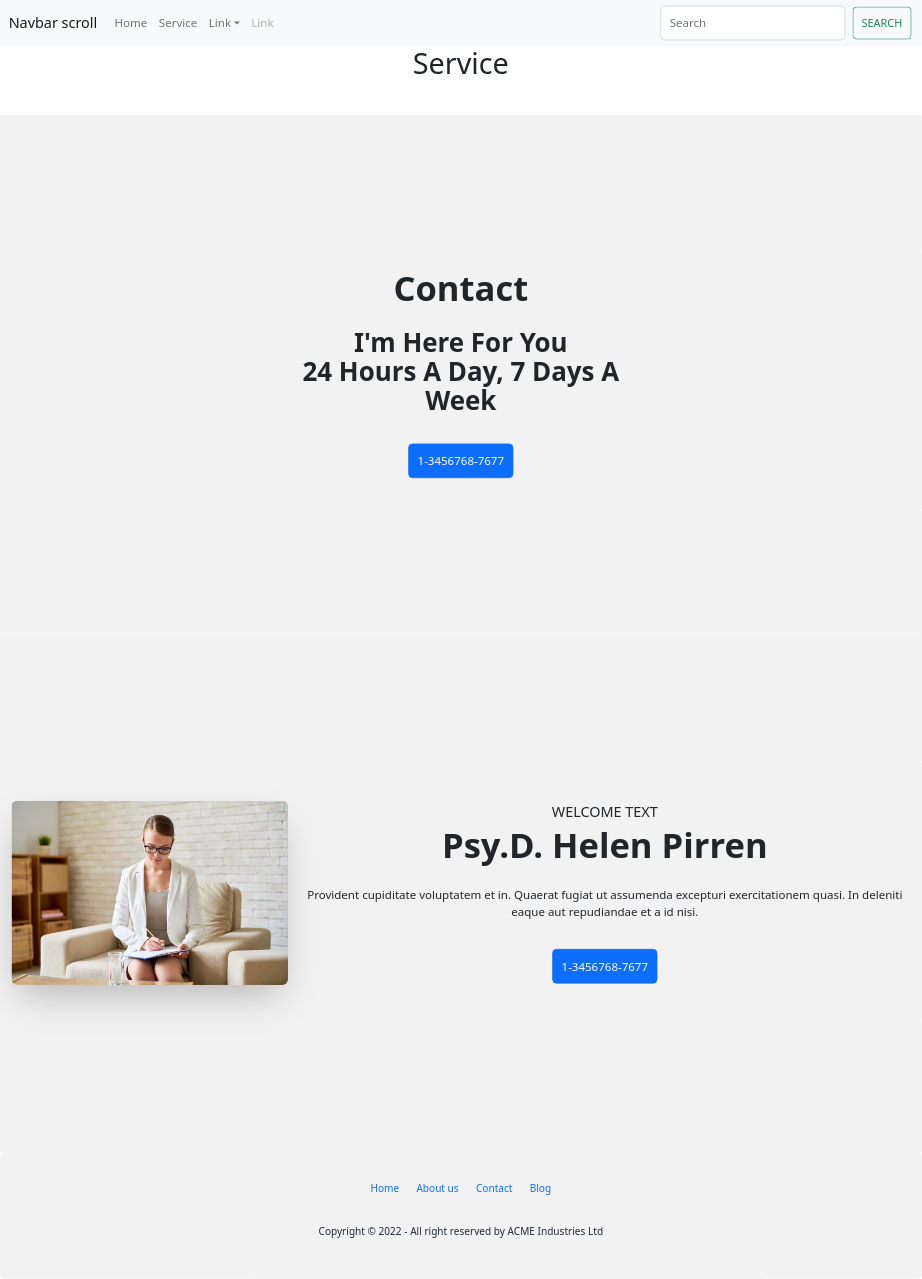
Repository: mdsajib50/service-review-client
Page: /
The author's editor kept a copy of each file at every save. The page is drawn from the files as they stood at one save, then again after the next save.
The browser window is 1280 px wide. The pictures show the whole page, at 72% of full size.
The page's requests for data from a server got no answer. The project was rebuilt for these pictures with package versions that can differ from the ones it lists, and the page was loaded fresh each time. No one was signed in, and anything a server would have sent is missing. Also part of the build but not shown: src/Pages/Home/Services/ServiceCard.js.

Above is the page before, as saved 2022-12-25 12:31:13.

### src/App.js
import './App.css';
import {  RouterProvider } from 'react-router-dom';
import router from './Router/Routes/Routes';

function App() {

  return (
    <div className="App">
      <RouterProvider router={router}></RouterProvider>
    </div>
  );
}

export default App;

### src/Router/Routes/Routes.js
import { createBrowserRouter } from "react-router-dom";

import Main from "../../Layout/Main";
import Home from "../../Pages/Home/Home/Home";

const router = createBrowserRouter([
    {
      path: '/',
      element: <Main></Main>,
      children:[
        {
          path: '/',
          element: <Home></Home>
        }
      ]
    }
])
export default router;

### src/Layout/Main.js
import React from 'react';
import { Outlet } from 'react-router';
import Header from '../Pages/Shared/Header/Header';
import Footer from '../Pages/Shared/Footer/Footer';

const Main = () => {
    return (
        <div>
            <Header></Header>
            <Outlet></Outlet>
            <Footer></Footer>
        </div>
    );
};

export default Main;

### src/Pages/Home/Home/Home.js
import React from 'react';
import About from '../About/About';
import Contact from '../Contact/Contact';
import Services from '../Services/Services';
const Home = () => {
    return (
        <div>

           <Services></Services>
           <Contact></Contact>
           <About></About>
        </div>
    );
};

export default Home;

### src/Pages/Shared/Header/Header.js
import React from 'react';
import Button from 'react-bootstrap/Button';
import Container from 'react-bootstrap/Container';
import Form from 'react-bootstrap/Form';
import Nav from 'react-bootstrap/Nav';
import Navbar from 'react-bootstrap/Navbar';
import NavDropdown from 'react-bootstrap/NavDropdown';

const Header = () => {
    return (

          <Navbar bg="light" expand="lg">
              <Container fluid>
                <Navbar.Brand href="#">Navbar scroll</Navbar.Brand>
                <Navbar.Toggle aria-controls="navbarScroll" />
                <Navbar.Collapse id="navbarScroll">
                  <Nav
                    className="me-auto my-2 my-lg-0"
                    style={{ maxHeight: '100px' }}
                    navbarScroll
                  >
                    <Nav.Link href="#action1">Home</Nav.Link>
                    <Nav.Link href="/service">Service</Nav.Link>
                    <NavDropdown title="Link" id="navbarScrollingDropdown">
                      <NavDropdown.Item href="#action3">Action</NavDropdown.Item>
                      <NavDropdown.Item href="#action4">
                        Another action
                      </NavDropdown.Item>
                      <NavDropdown.Divider />
                      <NavDropdown.Item href="#action5">
                        Something else here
                      </NavDropdown.Item>
                    </NavDropdown>
                    <Nav.Link href="#" disabled>
                      Link
                    </Nav.Link>
                  </Nav>
                  <Form className="d-flex">
                    <Form.Control
                      type="search"
                      placeholder="Search"
                      className="me-2"
                      aria-label="Search"
                    />
                    <Button variant="outline-success">Search</Button>
                  </Form>
                </Navbar.Collapse>
              </Container>
            </Navbar>


    );
};

export default Header;

### src/Pages/Shared/Footer/Footer.js
import React from 'react';

const Footer = () => {
    return (
        <footer className="footer footer-center p-10 bg-base-200 text-base-content rounded">
  <div className="grid grid-flow-col gap-4">
    <a className="link link-hover">Home</a>
    <a className="link link-hover">About us</a>
    <a className="link link-hover">Contact</a>
    <a className="link link-hover">Blog</a>
  </div>
  <div>
    <p>Copyright © 2022 - All right reserved by ACME Industries Ltd</p>
  </div>
</footer>
    );
};

export default Footer;

### src/Pages/Home/About/About.js
import React from 'react';
import img from '../../../assets/beautiful-female.jpg'

const About = () => {
    return (
        <div className="hero min-h-screen bg-base-200">
            <div className="hero-content flex-col lg:flex-row">
                <img src={img} className="max-w-sm rounded-lg shadow-2xl" />
                <div>
                    <h3 className="text-xl">WELCOME TEXT</h3>
                <h1 className="text-5xl font-bold">Psy.D. Helen Pirren</h1>
                <p className="py-6">Provident cupiditate voluptatem et in. Quaerat fugiat ut assumenda excepturi exercitationem quasi. In deleniti eaque aut repudiandae et a id nisi.</p>
                <button className="btn btn-primary">1-3456768-7677</button>
                </div>
            </div>
        </div>
    );
};

export default About;

### src/Pages/Home/Contact/Contact.js
import React from 'react';

const Contact = () => {
    return (
        <div className="hero min-h-screen bg-base-200">
            <div className="hero-content text-center">
                <div className="max-w-md">
                <h1 className="text-5xl font-bold">Contact</h1>
                <p className="py-6 font-bold text-4xl">I'm Here For You <br/>24 Hours A Day, 7 Days A Week</p>
                <button className="btn btn-primary font-semibold text-2xl">1-3456768-7677</button>
                </div>
            </div>
        </div>
    );
};

export default Contact;

### src/Pages/Home/Services/Services.js
import React, { useEffect, useState } from 'react';
import ServiceCard from './ServiceCard';

const Services = () => {
    const [services,  setServices] = useState([]);
    useEffect(()=>{
        fetch('http://localhost:5000/services')
        .then(res => res.json())
        .then(data =>setServices(data))
        .catch(e => console.error(e))
    },[])
    return (
       <div>
            <div><h1>Service</h1></div>
        <div className='mt-12 ml-16 grid gap-6 grid-cols-1 md:grid-cols-2  lg:grid-cols-3'>

                  {
                      services.map(service => <ServiceCard key={service.id} service={service}></ServiceCard>)
                  }

        </div>
    </div>
    );
}

export default Services;

Loaded but not shown: public/index.html (common file); src/index.js (common file); src/index.css (common file); src/reportWebVitals.js (common file); src/App.css (common file); tailwind.config.js (common file)

After the next save:
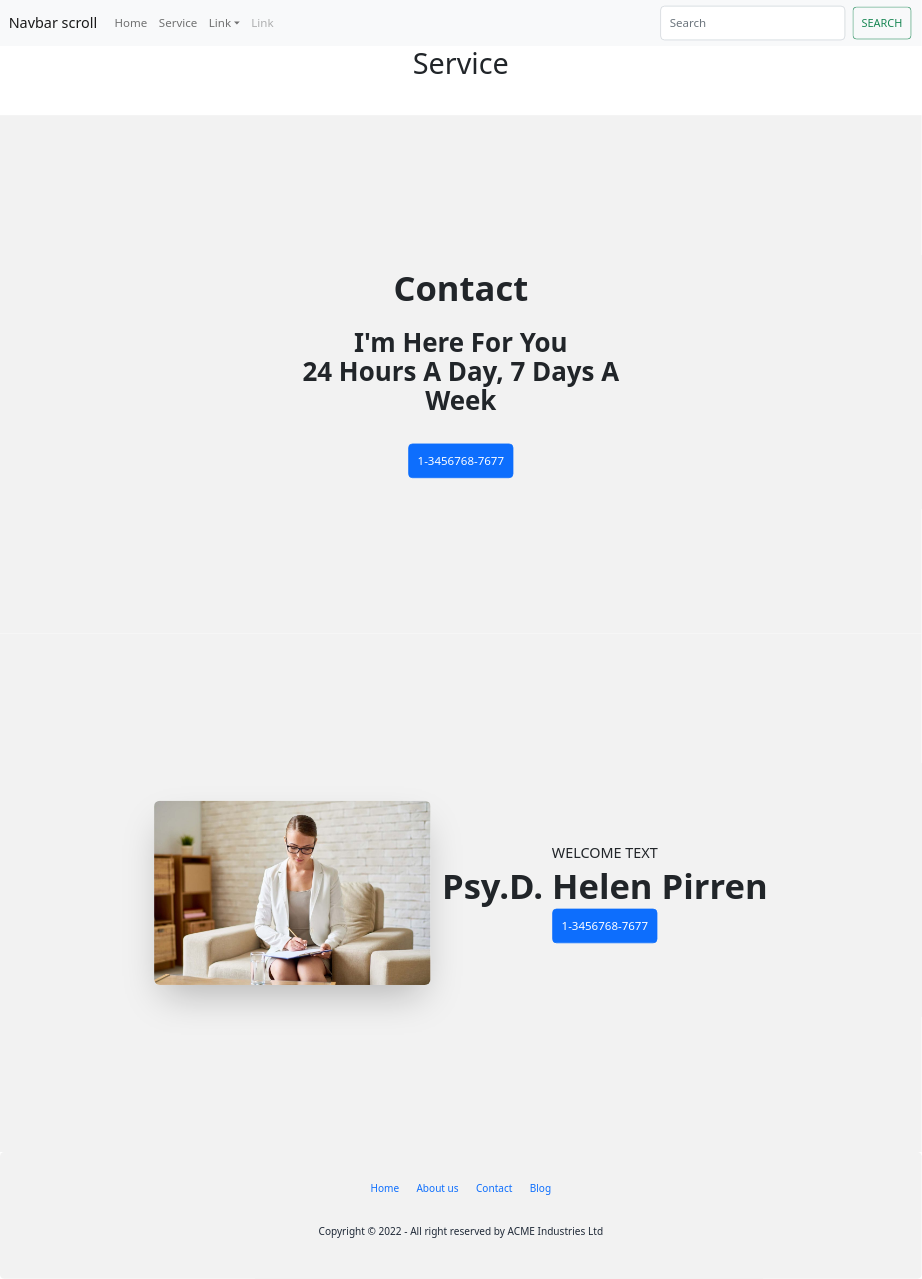
Saved 17 min 7 s later.
--- a/src/Pages/Home/About/About.js
+++ b/src/Pages/Home/About/About.js
@@ -9,7 +9,7 @@ const About = () => {
                 <div>
                     <h3 className="text-xl">WELCOME TEXT</h3>
                 <h1 className="text-5xl font-bold">Psy.D. Helen Pirren</h1>
-                <p className="py-6">Provident cupiditate voluptatem et in. Quaerat fugiat ut assumenda excepturi exercitationem quasi. In deleniti eaque aut repudiandae et a id nisi.</p>
+
                 <button className="btn btn-primary">1-3456768-7677</button>
                 </div>
             </div>
